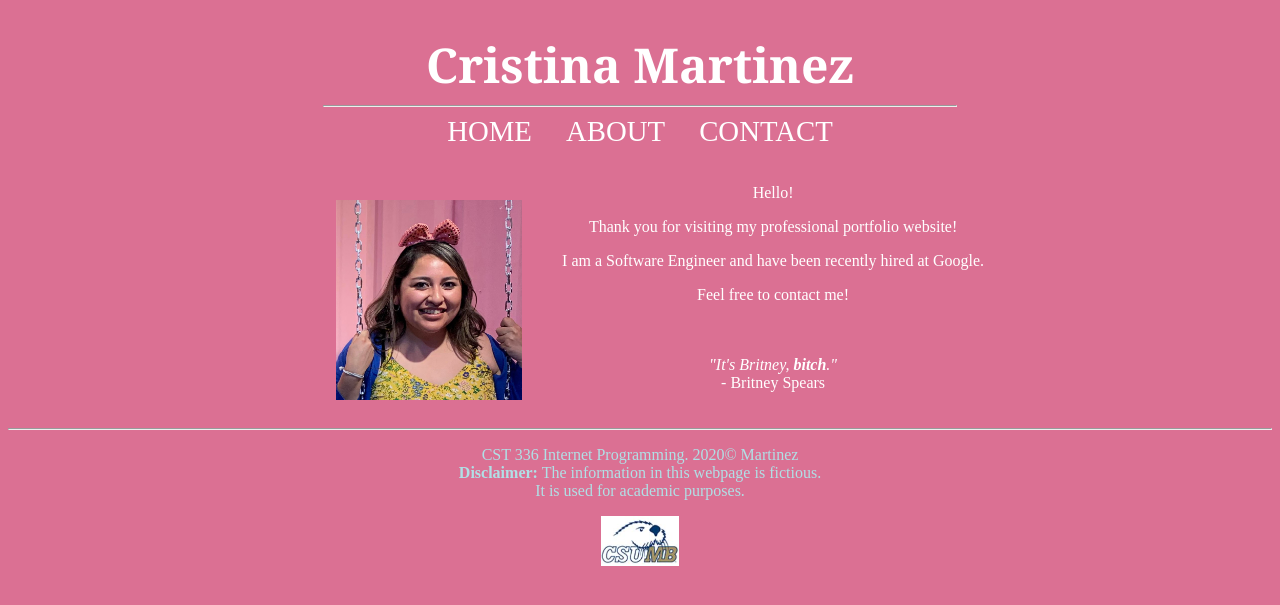
Repository: ctm93/Website1
Page: index.html
The author's editor kept a record of every edit. The page is drawn from the files as they stood at one moment, then again after the next edit.
The browser window is 1280 px wide. The pictures show the whole page.

Above is the page before.

After the next edit:
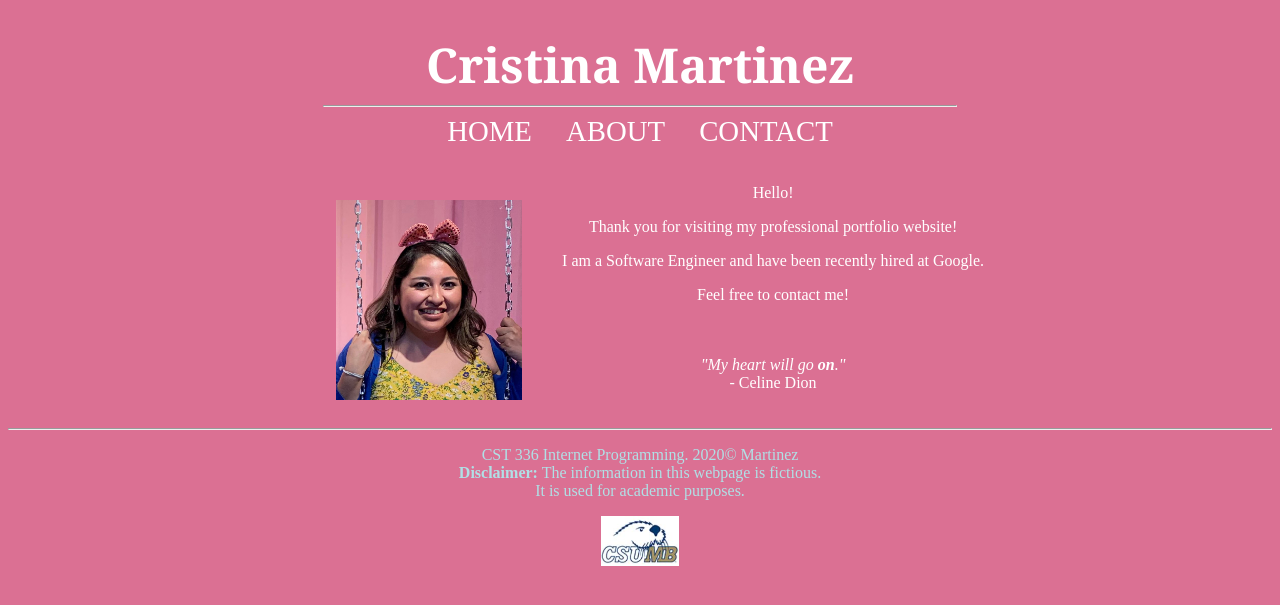
The edit:
--- a/index.html
+++ b/index.html
@@ -54,8 +54,8 @@
            <p>I am a Software Engineer and have been recently hired at Google.</p>
            <p>Feel free to contact me!</p>
            <br /><br />
-           <em>"It's Britney, <strong>bitch</strong>."</em><br />
-           - Britney Spears
+           <em>"My heart will go <strong>on</strong>."</em><br />
+           - Celine Dion
        </div>
 
 
